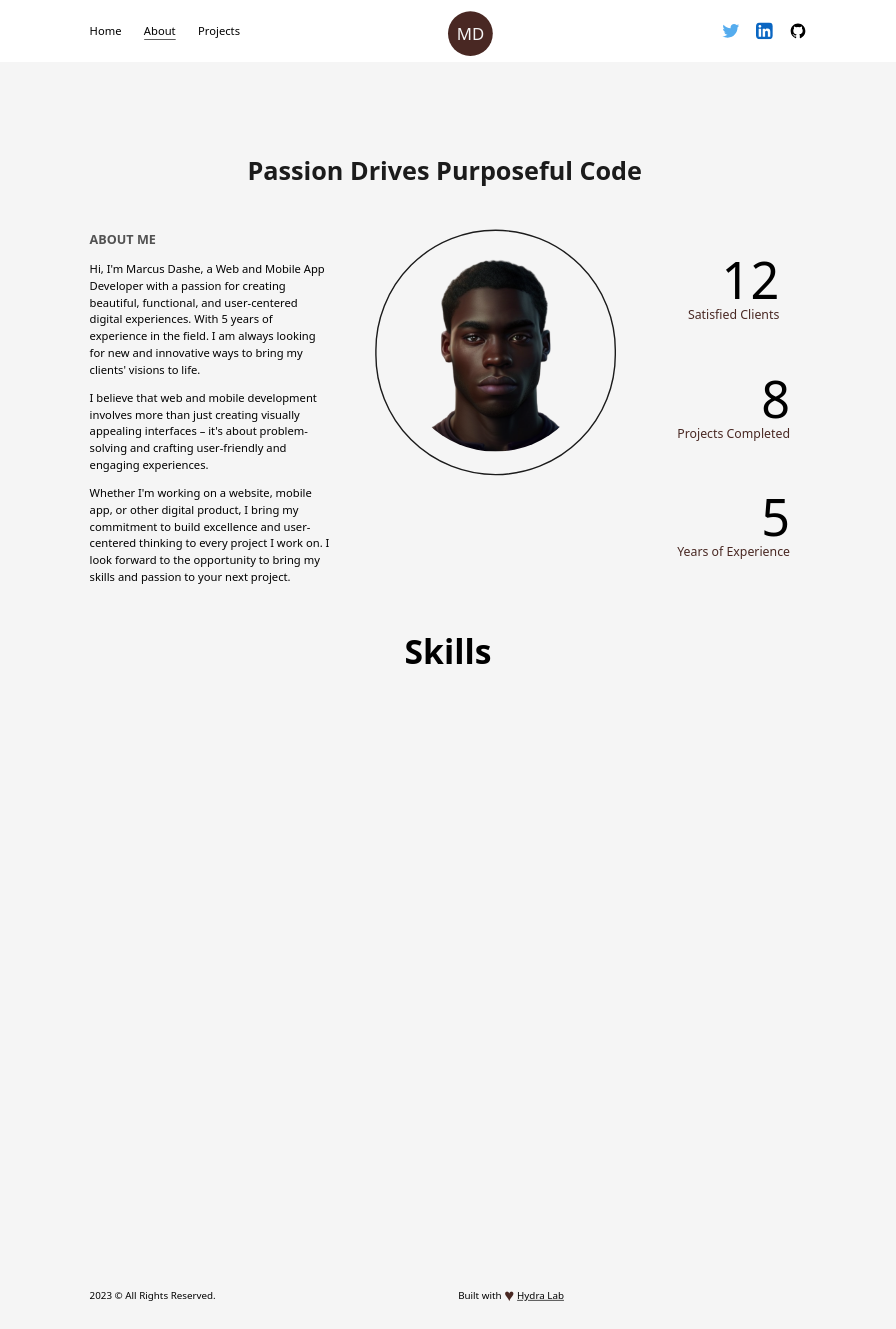
Repository: marcusdashe/situs
Page: /about
An editor plug-in stored every save of this project. The page is shown before and after the next save, followed by the edit.
The browser window is 1280 px wide. The pictures show the whole page, at 70% of full size.
The project was rebuilt for these pictures with package versions that can differ from the ones it lists, and the page was loaded fresh each time. The framework's server and built-in components were replaced by stand-ins that run in the browser.

Above is the page before, as saved 2023-07-23 12:17:44.

After the next save:
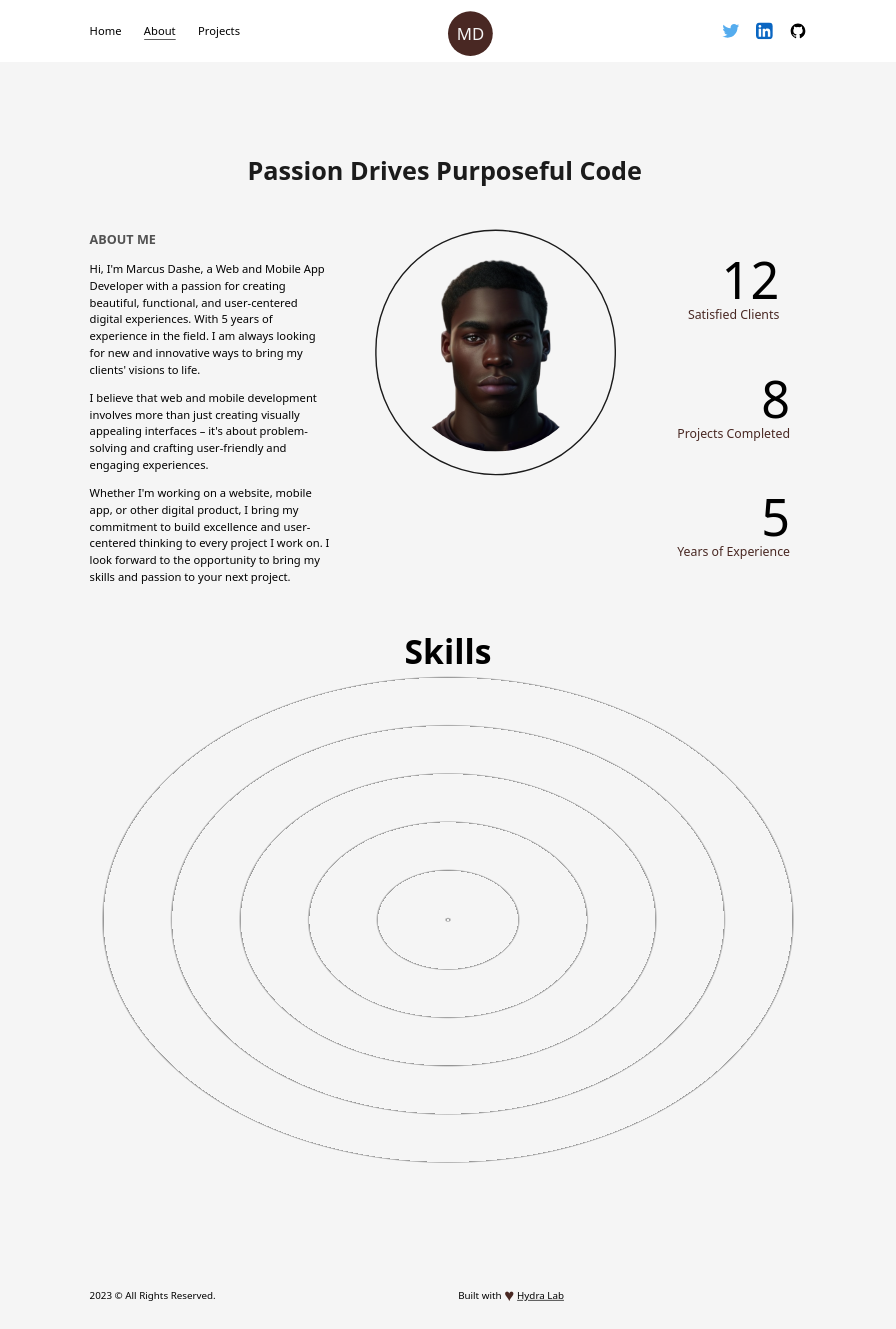
Saved 36 s later.
--- a/src/components/Skills.jsx
+++ b/src/components/Skills.jsx
@@ -6,7 +6,7 @@ const Skills = () => {
       <h2 className="font-bold text-5xl mt-[70px] w-full text-center">
         Skills
       </h2>
-      <div className="w-full h-screen relative flex items-center justify-center rounded-full"></div>
+      <div className="w-full h-screen relative flex items-center justify-center rounded-full bg-circularLight"></div>
     </>
   );
 };
